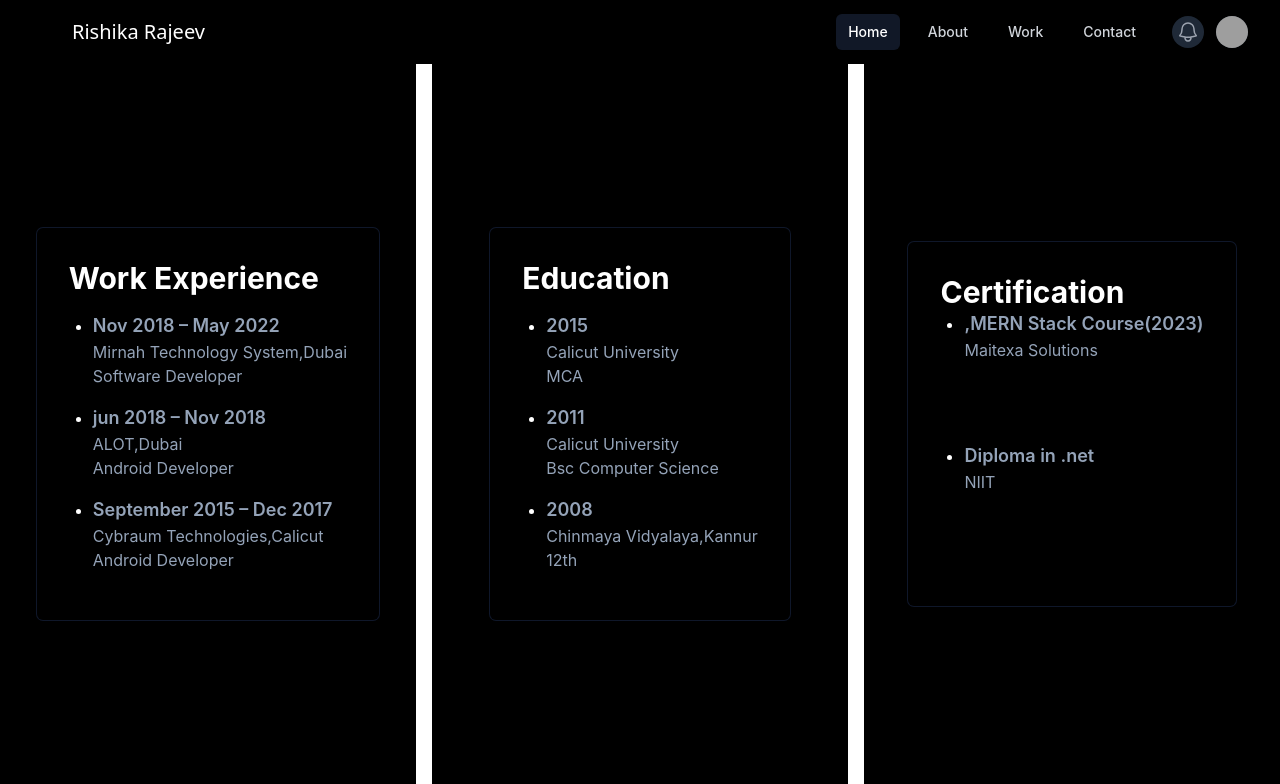
Repository: rishikarajeev/portfolio_rishika
Page: /about
The author's editor kept a copy of each file at every save. The page is drawn from the files as they stood at one save, then again after the next save.
The browser window is 1280 px wide. The pictures show the whole page.
Pictures or frames that could not be fetched are drawn as grey boxes. The project was rebuilt for these pictures with package versions that can differ from the ones it lists, and the page was loaded fresh each time. Also part of the build but not shown: src/Pages/Home.jsx, src/Pages/Contact.jsx, src/Components/Work.jsx, src/Components/Project.jsx, src/Pages/Mywork.jsx.

Above is the page before, as saved 2023-10-23 18:55:32.

### src/Components/Nav/Nav.jsx
import React from 'react'

function Nav() {
  return (
    <div><nav class="dark:bg-black">
    <div class="mx-auto max-w-7xl px-2 sm:px-6 lg:px-8">
      <div class="relative flex h-16 items-center justify-between">
      <div class="absolute inset-y-0 left-7 flex items-center ">

      <a href="#" class=" text-white  px-3 py-2 text-xl font-medium font-sans" aria-current="page">Rishika Rajeev</a>
        </div>
        <div class="absolute inset-y-0 left-0 flex items-center sm:hidden">

          <button type="button" class="relative inline-flex items-center justify-center rounded-md p-2 text-gray-400 hover:bg-gray-700 hover:text-white focus:outline-none focus:ring-2 focus:ring-inset focus:ring-white" aria-controls="mobile-menu" aria-expanded="false">
            <span class="absolute -inset-0.5"></span>
            <span class="sr-only">Open main menu</span>

            <svg class="block h-6 w-6" fill="none" viewBox="0 0 24 24" stroke-width="1.5" stroke="currentColor" aria-hidden="true">
              <path stroke-linecap="round" stroke-linejoin="round" d="M3.75 6.75h16.5M3.75 12h16.5m-16.5 5.25h16.5" />
            </svg>

            <svg class="hidden h-6 w-6" fill="none" viewBox="0 0 24 24" stroke-width="1.5" stroke="currentColor" aria-hidden="true">
              <path stroke-linecap="round" stroke-linejoin="round" d="M6 18L18 6M6 6l12 12" />
            </svg>
          </button>
        </div>
        <div class="flex flex-1 items-center justify-end sm:items-stretch sm:justify-end">
          {/* <div class="flex flex-shrink-0 items-center">
            <img class="h-8 w-auto" src="https://tailwindui.com/img/logos/mark.svg?color=indigo&shade=500" alt="Your Company"/>
          </div> */}
          <div class="hidden sm:ml-6 sm:block ">
            <div class="flex space-x-4 ">

              <a href="/" class="bg-gray-900 text-white rounded-md px-3 py-2 text-sm font-medium" >Home</a>
              <a href="/about" class="text-gray-300 hover:bg-gray-700 hover:text-white rounded-md px-3 py-2 text-sm font-medium">About</a>
              <a href="/work" class="text-gray-300 hover:bg-gray-700 hover:text-white rounded-md px-3 py-2 text-sm font-medium">Work</a>
              <a href="/contact" class="text-gray-300 hover:bg-gray-700 hover:text-white rounded-md px-3 py-2 text-sm font-medium">Contact</a>
            </div>
          </div>
        </div>
        <div class="absolute inset-y-0 right-0 flex items-center pr-2 sm:static sm:inset-auto sm:ml-6 sm:pr-0">
          <button type="button" class="relative rounded-full bg-gray-800 p-1 text-gray-400 hover:text-white focus:outline-none focus:ring-2 focus:ring-white focus:ring-offset-2 focus:ring-offset-gray-800">
            <span class="absolute -inset-1.5"></span>
            <span class="sr-only">View notifications</span>
            <svg class="h-6 w-6" fill="none" viewBox="0 0 24 24" stroke-width="1.5" stroke="currentColor" aria-hidden="true">
              <path stroke-linecap="round" stroke-linejoin="round" d="M14.857 17.082a23.848 23.848 0 005.454-1.31A8.967 8.967 0 0118 9.75v-.7V9A6 6 0 006 9v.75a8.967 8.967 0 01-2.312 6.022c1.733.64 3.56 1.085 5.455 1.31m5.714 0a24.255 24.255 0 01-5.714 0m5.714 0a3 3 0 11-5.714 0" />
            </svg>
          </button>


          <div class="relative ml-3">
            <div>
              <button type="button" class="relative flex rounded-full bg-gray-800 text-sm focus:outline-none focus:ring-2 focus:ring-white focus:ring-offset-2 focus:ring-offset-gray-800" id="user-menu-button" aria-expanded="false" aria-haspopup="true">
                <span class="absolute -inset-1.5"></span>
                <span class="sr-only">Open user menu</span>
                <img class="h-8 w-8 rounded-full" src="../../Images/WhatsApp Image 2023-10-03 at 11.58.19 AM.jpeg" alt=""/>
              </button>
            </div>

          </div>
        </div>
      </div>
    </div>


    <div class="sm:hidden" id="mobile-menu">
      <div class="space-y-1 px-2 pb-3 pt-2">

        <a href="/" class="bg-gray-900 text-white block rounded-md px-3 py-2 text-base font-medium" aria-current="page">Home</a>
        <a href="/about" class="text-gray-300 hover:bg-gray-700 hover:text-white block rounded-md px-3 py-2 text-base font-medium">About</a>
        <a href="/work" class="text-gray-300 hover:bg-gray-700 hover:text-white block rounded-md px-3 py-2 text-base font-medium">Work</a>
        <a href="/contact" class="text-gray-300 hover:bg-gray-700 hover:text-white block rounded-md px-3 py-2 text-base font-medium">Contact</a>
      </div>
    </div>
  </nav>
  </div>
  )
}

export default Nav

### src/Pages/About.jsx

import React from 'react';
import Nav from '../Components/Nav/Nav';


const AboutPage = () => {

  const experiences = [
    { year: 'Nov 2018 – May 2022', company: 'Mirnah Technology System,Dubai', designation: 'Software Developer' },
    { year: 'jun 2018 – Nov 2018', company: 'ALOT,Dubai', designation: 'Android Developer' },
    { year: 'September 2015 – Dec 2017', company: 'Cybraum Technologies,Calicut', designation: 'Android Developer' },
    // Add more experiences as needed
  ];
  const education_experiences = [
    { year: '2015', College: 'Calicut University',  degree: 'MCA' },
    { year: '2011', College: 'Calicut University', degree: 'Bsc Computer Science' },
    { year: '2008', College: 'Chinmaya Vidyalaya,Kannur', degree: '12th' },
    // Add more experiences as needed
  ];
  const certification = [
    {  Institute: 'Maitexa Solutions', course: ',MERN Stack Course(2023)' },
    {  Institute: 'NIIT',  course: 'Diploma in .net' },
    // Add more experiences as needed
  ];
  return (
    <div class="dark dark:bg-black ">
      <Nav/>
      <div class="">
        <div class="grid grid-cols-1 md:grid-cols-2 lg:grid-cols-3 gap-4">
          <div className=''>
          <div className="dark:dark:bg-black min-h-screen flex items-center justify-center">
      <div className="max-w-2xl p-8 bg-black  text-white shadow-md rounded-md ring-1 ring-slate-900 ">
        <h1 className="text-3xl font-bold text-white mb-4">Work Experience</h1>
        <ul className="list-disc pl-6">
          {experiences.map((experience, index) => (
            <li key={index} className="mb-4">
              <div className="text-lg  dark:text-slate-400 font-semibold">{experience.year}</div>
              <div className="text-gray-700  dark:text-slate-400">{experience.company}</div>
              <div className="text-gray-600  dark:text-slate-400">{experience.designation}</div>
            </li>
          ))}
        </ul>
      </div>
      </div>

          </div>


          <div className=''>
      <div className="dark:dark:bg-black min-h-screen flex items-center justify-center">
      <div className="max-w-2xl p-8 bg-black  text-white shadow-md rounded-md ring-1 ring-slate-900 ">
        <h1 className="text-3xl font-bold text-white mb-4 ">Education</h1>
        <ul className="list-disc pl-6">
          {education_experiences.map((experience, index) => (
            <li key={index} className="mb-4">
              <div className="text-lg  dark:text-slate-400 font-semibold">{experience.year}</div>
              <div className="text-gray-700  dark:text-slate-400">{experience.College}</div>
              <div className="text-gray-600  dark:text-slate-400">{experience.degree}</div>
            </li>
          ))}
        </ul>
      </div>
      </div>
      </div>
      <div className=''>
          <div className="dark:dark:bg-black min-h-screen flex items-center justify-center">
      <div className="max-w-2xl p-8 bg-black  text-white shadow-md rounded-md ring-1 ring-slate-900 ">
        <h1 className="text-3xl font-bold text-white gap4">Certification</h1>
        <ul className="list-disc pl-6">
          {certification.map((certification, index) => (
            <li key={index} className="mb-2">
              <div className="text-lg  dark:text-slate-400 font-semibold">{certification.course}</div>
              <div className="text-gray-700  dark:text-slate-400">{certification.Institute}</div>
              <div className="text-black">sss</div>
              <div className="text-black">ss</div>
              <div className="text-black">sss</div>

            </li>
          ))}
        </ul>
      </div>
      </div>

          </div>
      </div>
      </div>

</div>
  );
};

export default AboutPage;

### tailwind.config.js
/** @type {import('tailwindcss').Config} */
module.exports = {
  content: ["./src/**/*.{html,js,jsx}"],
  theme: {
    extend: {},
  },
  darkMode: 'class',
  plugins: [],
}

Loaded but not shown: public/index.html (common file); src/index.js (common file); src/index.css (common file); src/App.js (common file); src/reportWebVitals.js (common file); src/App.css (common file)

After the next save:
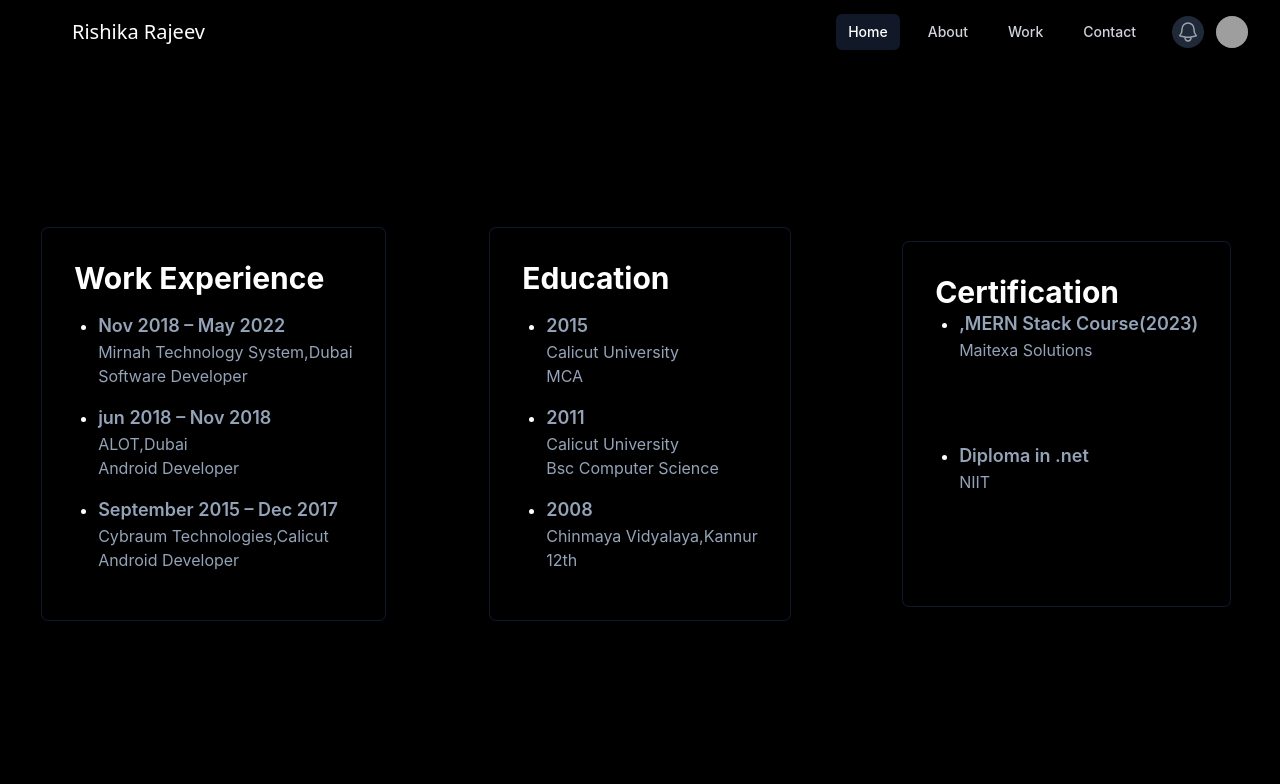
Saved 23 s later.
--- a/src/Pages/About.jsx
+++ b/src/Pages/About.jsx
@@ -26,7 +26,7 @@ const AboutPage = () => {
     <div class="dark dark:bg-black ">
       <Nav/>
       <div class="">
-        <div class="grid grid-cols-1 md:grid-cols-2 lg:grid-cols-3 gap-4">
+        <div class="grid grid-cols-1 md:grid-cols-2 lg:grid-cols-3 ">
           <div className=''>
           <div className="dark:dark:bg-black min-h-screen flex items-center justify-center">
       <div className="max-w-2xl p-8 bg-black  text-white shadow-md rounded-md ring-1 ring-slate-900 ">
